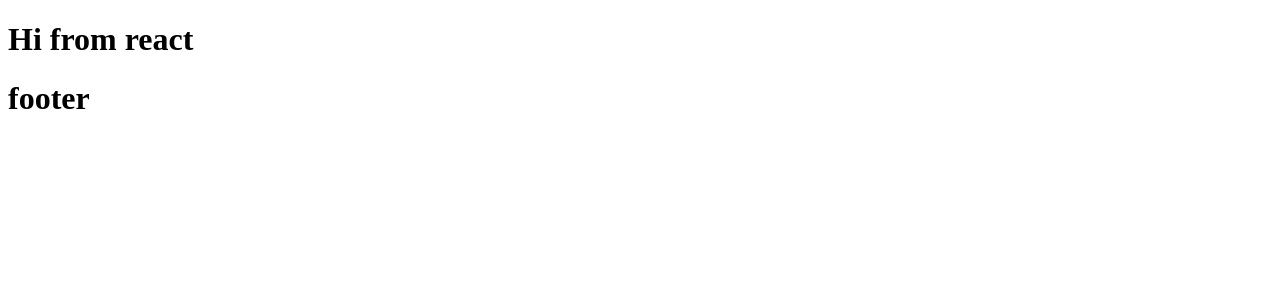
Repository: Votex874/material-ui
Page: /
These files come from the project's save history. The page is drawn as it stood at one moment and after the next save; the edit follows.
The browser window is 1280 px wide. The pictures show the whole page.
The project was rebuilt for these pictures with package versions that can differ from the ones it lists, and the page was loaded fresh each time.

Above is the page before, as saved 2019-03-23 17:15:35.

### src/index.js
import React from 'react';
import ReactDOM from 'react-dom';
import App from './Components/App';
import * as serviceWorker from './serviceWorker';

ReactDOM.render(<App />, document.getElementById('root'));

// If you want your app to work offline and load faster, you can change
// unregister() to register() below. Note this comes with some pitfalls.
// Learn more about service workers: https://bit.ly/CRA-PWA
serviceWorker.unregister();

### src/Components/App.js
import React, { Component, Fragment } from 'react';
import { Header, Footer } from './Layouts/index'
import Excersises from './Exercises/index'


class App extends Component {
  render() {
    return (
      <Fragment>
        <Header />

        <Footer />
      </Fragment>
    );
  }
}

export default App;

### src/Components/Layouts/index.js
import Header from './Header'
import Footer from './Footer'

export {
  Header, Footer
}

### src/Components/Layouts/Header.js
import React from 'react';

const Header = props => {
  return (
    <div>
      <h1>Hi from react</h1>
    </div>
  );
}

export default Header

### src/Components/Layouts/Footer.js
import React from 'react';

const Footer = props => {
  return (
    <div>
      <h1>footer</h1>
    </div>
  );
}

export default Footer

### src/Components/Exercises/index.js
import React from 'react'

export default props =>
  <div>
    Hello from excercises
  </div>

Loaded but not shown: public/index.html (common file); src/serviceWorker.js (common file)

After the next save:
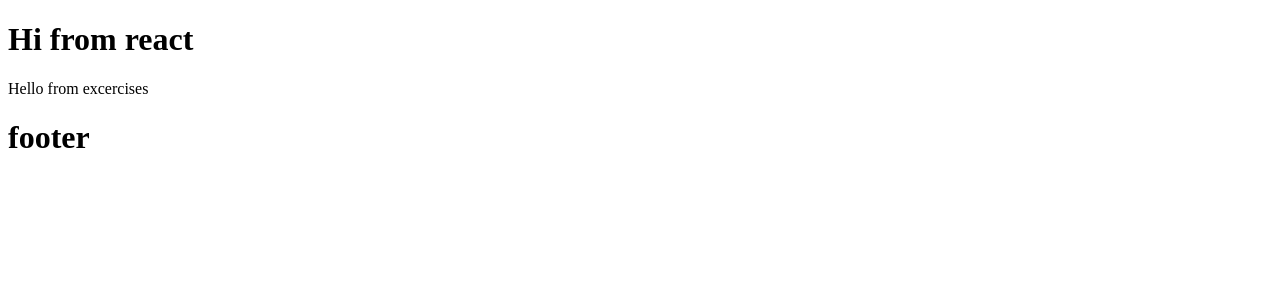
Saved 10 s later.
--- a/src/Components/App.js
+++ b/src/Components/App.js
@@ -8,7 +8,7 @@ class App extends Component {
     return (
       <Fragment>
         <Header />
-
+        <Excersises />
         <Footer />
       </Fragment>
     );
